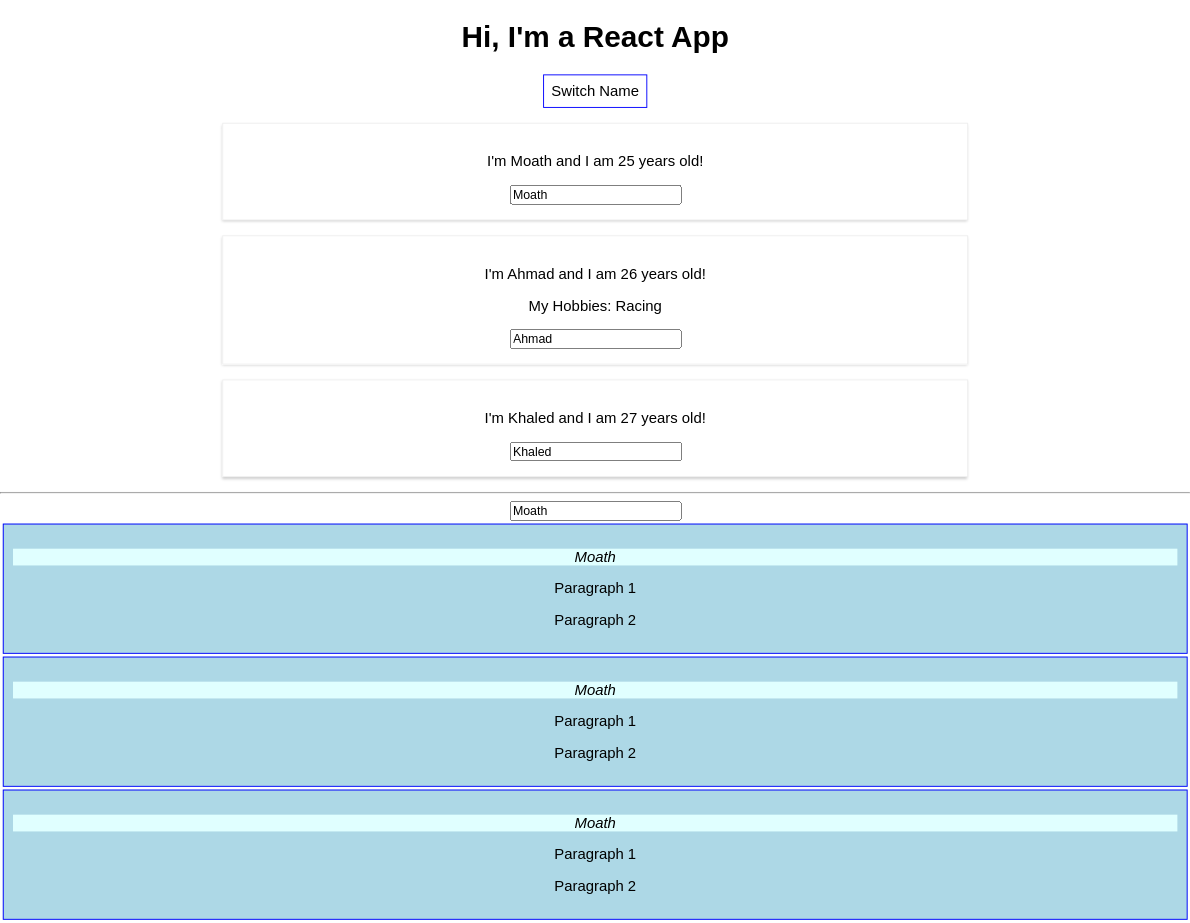
Repository: MuathYHKefayah/React-Basics
Page: /
These files come from the project's save history. The page is drawn as it stood at one moment and after a run of saves; the edit follows.
The browser window is 1280 px wide. The pictures show the whole page, at 93% of full size.
The project was rebuilt for these pictures with package versions that can differ from the ones it lists, and the page was loaded fresh each time.

Above is the page before, as saved 2020-12-12 10:26:12.

### src/App.js
import React, { Component } from 'react';
import './App.css';
import Person from './Person/Person';
import UserInput from './UserInput/UserInput';
import UserOutput from './UserOutput/UserOutput';

class App extends Component {
  state = {
     persons: [
       { name:'Moath', age: 25},
       { name:'Ahmad', age: 26},
       { name:'Khaled', age: 27},
     ],
     username: "Moath"
  }

  switchNameHandler  = (newName, newAge) => {
    //Don't Do This: this.state.persons[0].name = "Max";
    this.setState({
      persons: [
        { name:newName, age: 25},
        { name:'Ahmad', age: 26},
        { name:'Khaled', age: newAge},
      ]
    })
  }

  nameChangedHandler = (event) => {
    this.setState({
      persons: [
        { name:'Moath', age: 25},
        { name: event.target.value, age: 26},
        { name:'Khaled', age: 27},
      ]
    })
  }

  usernameChangedHandelr = (event) => {
    this.setState({
      username: event.target.value
    })
  }

  render() {
    const style = {
      backgroundColor: 'white',
      font: 'inherit',
      border: '1px solid blue',
      padding: '8px',
      cursor: 'pointer'
    };

    return (
      // jsx \\ write html code in js file
      <div className="App">
        <h1>Hi, I'm a React App</h1>
        <button
          style={style}
          onClick={() => this.switchNameHandler('Moath!!', 30)}>Switch Name</button>
        <Person name={this.state.persons[0].name} age={this.state.persons[0].age}/>
        <Person
          name={this.state.persons[1].name}
          age={this.state.persons[1].age}
          click={this.switchNameHandler.bind(this, 'Moath!', 40)}
          changed={this.nameChangedHandler}
          >My Hobbies: Racing</Person>
        <Person name={this.state.persons[2].name} age={this.state.persons[2].age}/>
        <hr/>
        <UserInput
          name={this.state.username}
          changed={this.usernameChangedHandelr}/>

        <UserOutput name={this.state.username}/>
        <UserOutput name={this.state.username}/>
        <UserOutput name={this.state.username}/>

      </div>
    );
    //return React.createElement('div', {className: 'App'} , React.createElement('h1', null , 'Hi, I\'m a React App !!!' ))
  }
}

export default App;

### src/Person/Person.js
import React from 'react';
import './Person.css';

const person = (props) => {
    return (
        <div className="Person">
            <p onClick={props.click}>I'm {props.name} and I am {props.age} years old!</p>
            <p>{props.children}</p>
            <input type="text" onChange={props.changed} value={props.name}/>
        </div>
    )
};

export default person;

### src/UserInput/UserInput.js
import React, { Component } from 'react';


class UserInput extends Component{
    render(){
        return(
            <div className="UserInput">
                <input
                    type="text"
                    onChange={this.props.changed}
                    value={this.props.name}/>
            </div>

        );
    }
}

export default UserInput;

### src/UserOutput/UserOutput.js
import React, { Component } from 'react';
import './UserOutput.css'

class UserOutput extends Component {

    render(){
        const style = {
            backgroundColor: 'lightcyan',
            fontStyle: 'oblique'
        };
        return(
            <div className="UserOutput">
                <p style={style}>{this.props.name}</p>
                <p>Paragraph 1</p>
                <p>Paragraph 2</p>
            </div>
        );
    }
}

export default UserOutput;

### src/UserOutput/UserOutput.css
.UserOutput{
    border: 1px solid blue;
    padding: 10px;
    background-color: lightblue;
    margin: 3px;
}

Loaded but not shown: public/index.html (common file); src/index.js (common file); src/index.css (common file); src/registerServiceWorker.js (common file); src/App.css (common file); src/Person/Person.css (common file)

After the next 2 saves:
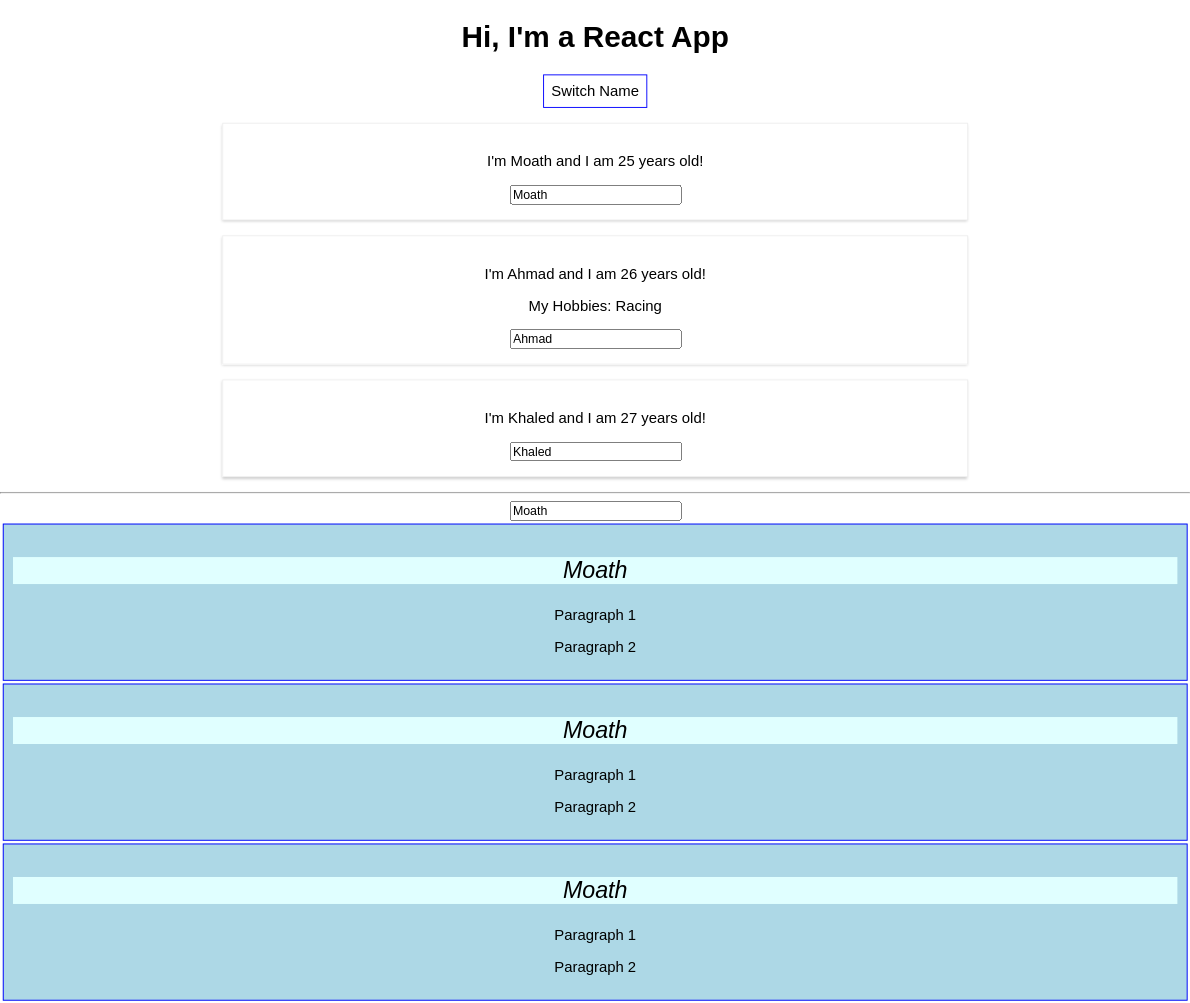
The 2 saves are shown as one change because 1 did not build or start.
The last was saved 27 s later.
--- a/src/UserOutput/UserOutput.js
+++ b/src/UserOutput/UserOutput.js
@@ -6,7 +6,8 @@ class UserOutput extends Component {
     render(){
         const style = {
             backgroundColor: 'lightcyan',
-            fontStyle: 'oblique'
+            fontStyle: 'oblique',
+            fontSize: '25px'
         };
         return(
             <div className="UserOutput">
